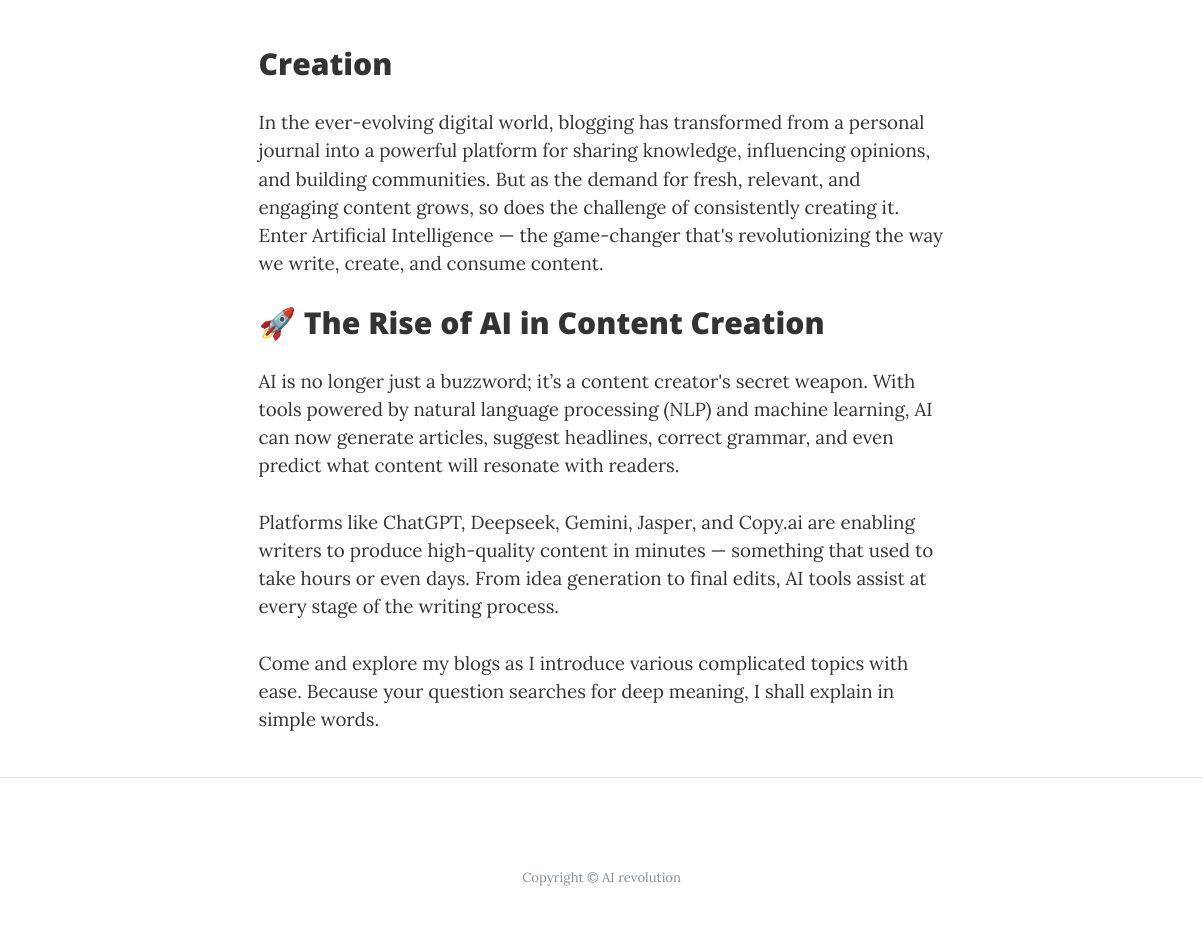
Repository: wahibkhannn/WriteWise-AI_blogging
Page: http://localhost/about
These files come from the project's save history. The page is drawn as it stood at one moment and after the next save; the edit follows.
The browser window is 1280 px wide. The pictures show the part of the page from y = 524 to 1569 px (the page is 1534 px tall before and 1569 px after), at 94% of full size.
Some web fonts or font styles are not loaded; a fallback is used. The page is served by the project's application, run on Flask 3 (app.py).

Above is the page before, as saved 2025-07-01 14:04:18.

After the next save:
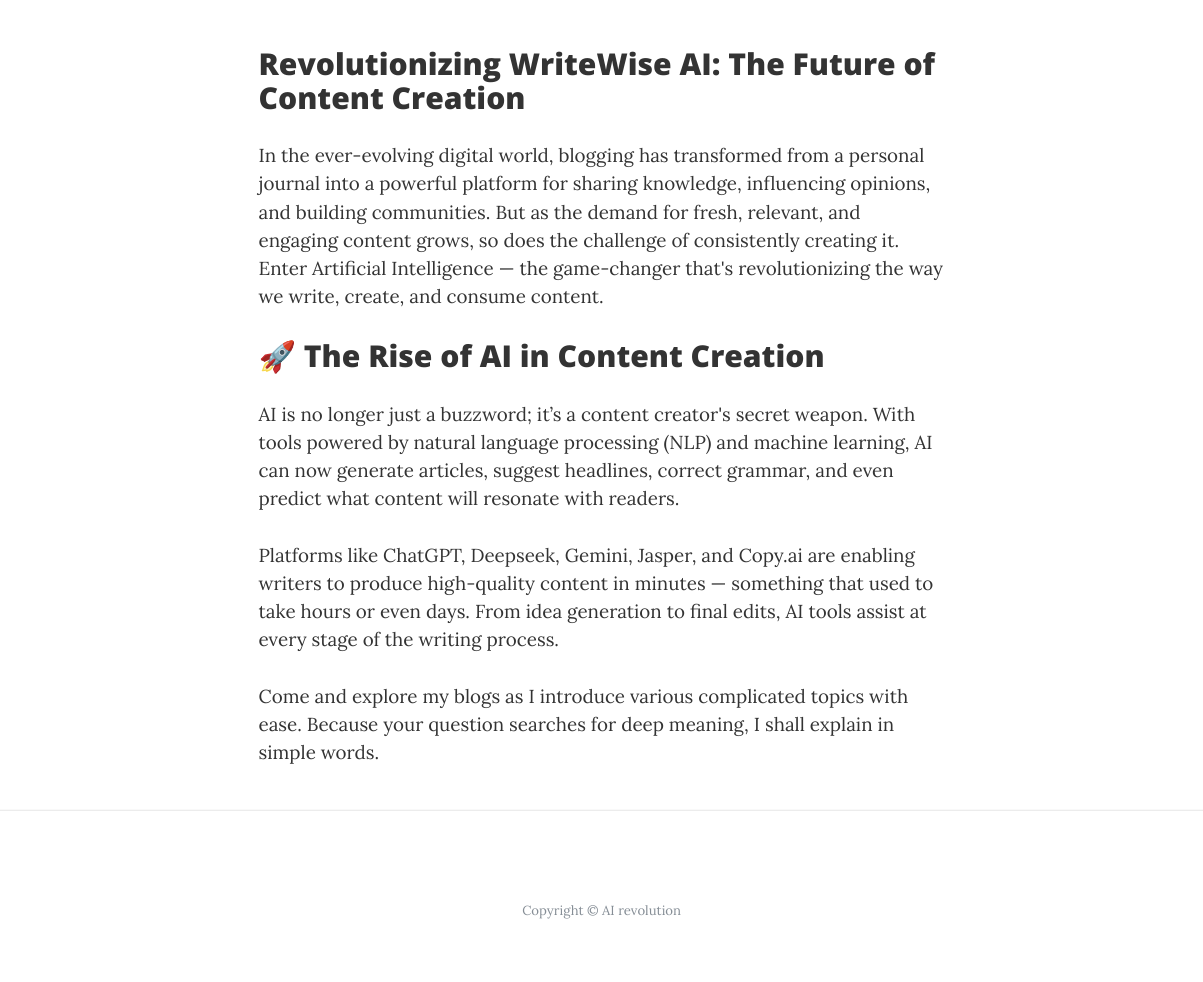
Saved 2 min 17 s later.
--- a/templates/about.html
+++ b/templates/about.html
@@ -70,7 +70,7 @@
   <div class="container">
     <div class="row">
       <div class="col-lg-8 col-md-10 mx-auto">
-        <h2>Creation</h2>
+        <h2>Revolutionizing WriteWise AI: The Future of Content Creation</h2>
         <p>In the ever-evolving digital world, blogging has transformed from a personal journal into a powerful platform
           for sharing knowledge, influencing opinions, and building communities. But as the demand for fresh, relevant,
           and engaging content grows, so does the challenge of consistently creating it. Enter Artificial Intelligence —
